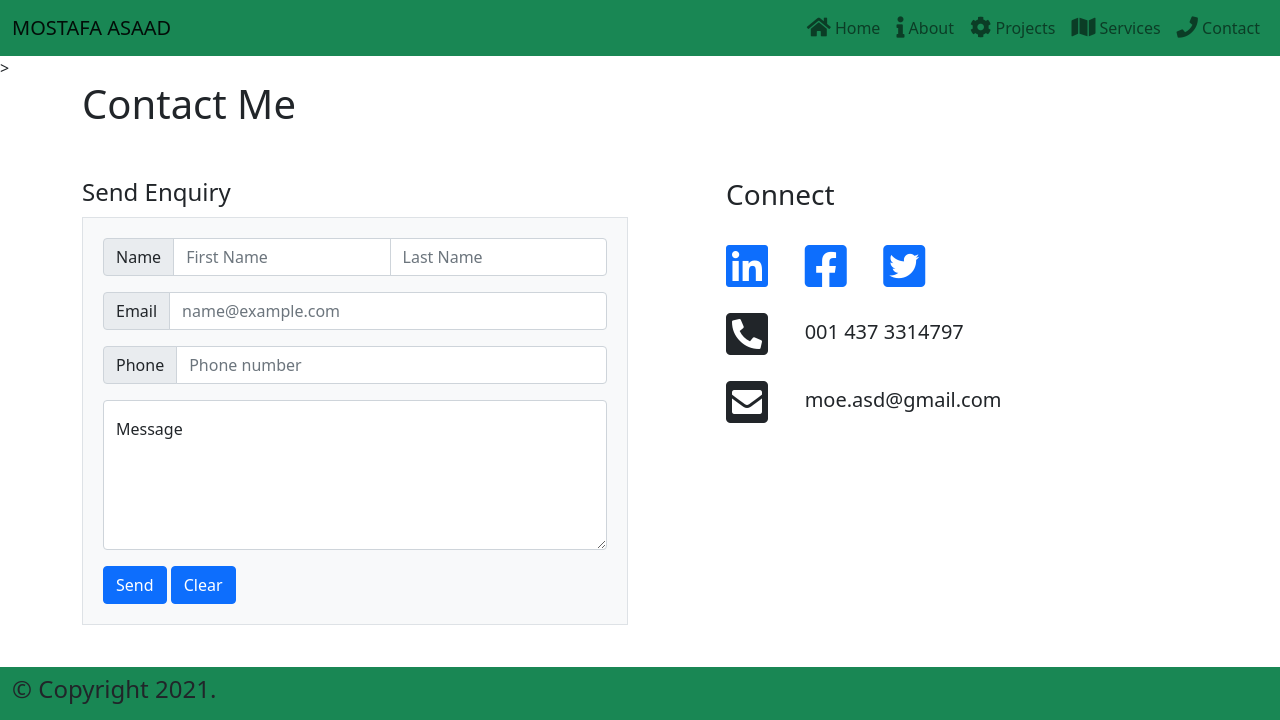
Repository: Mostafa-Asaad/Portfolio
Page: http://localhost/contact
These files come from the project's save history. The page is drawn as it stood at one moment and after a run of saves; the edit follows.
The browser window is 1280 px wide. The pictures show the whole page.
The page is served by the project's Node server (index.js).

Above is the page before, as saved 2021-06-04 17:21:21.

After the next 2 saves:
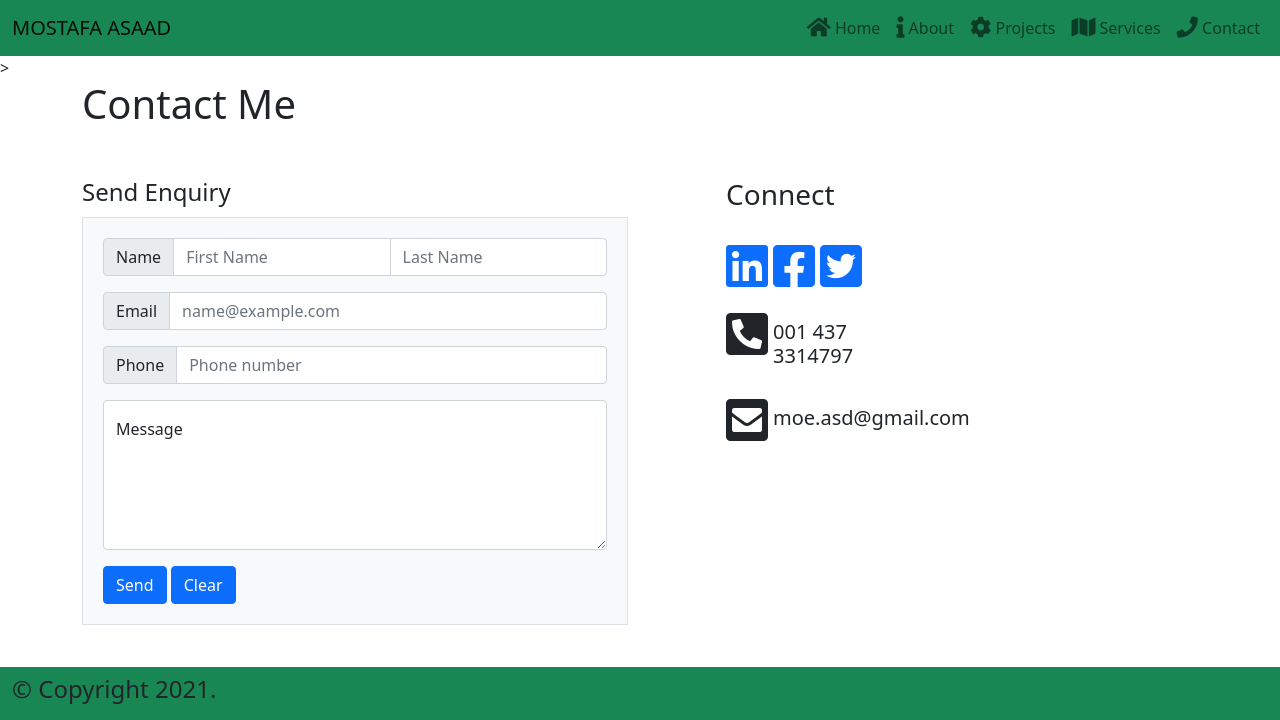
The 2 saves are shown as one change because they came seconds apart.
The last was saved 8 s later.
--- a/Server/Views/content/contact.ejs
+++ b/Server/Views/content/contact.ejs
@@ -78,7 +78,7 @@
         </div>
       </div>
     </div>
-    <div class="col-3">
+    <div class="col-2">
     </div>
   </div>
  </div>
